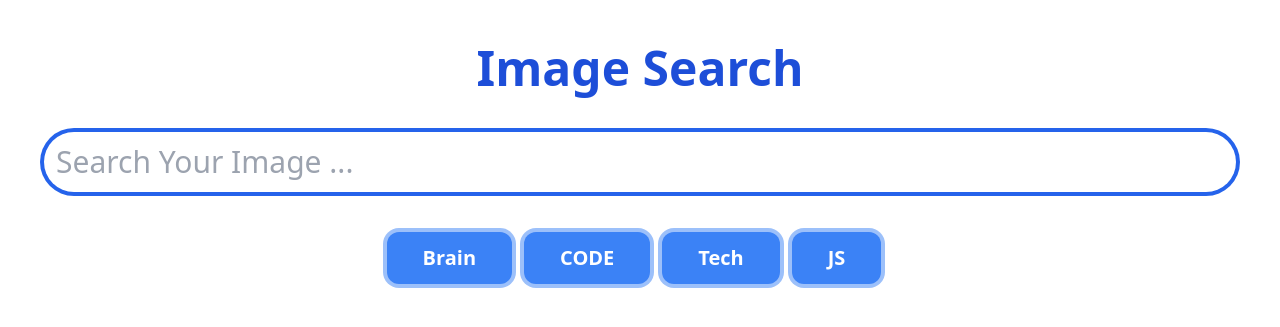
Repository: rkrukshan/react-image-gallery
Page: /
An editor plug-in stored every save of this project. The page is shown before and after a run of saves, followed by the edit.
The browser window is 1280 px wide. The pictures show the whole page.
The project was rebuilt for these pictures with package versions that can differ from the ones it lists, and the page was loaded fresh each time. Also part of the build but not shown: vite.config.js.

Above is the page before, as saved 2025-01-07 13:45:47.

### src/index.css
@tailwind base;
@tailwind components;
@tailwind utilities;

.btn {
  @apply bg-blue-500 text-white px-9 py-3 mr-3 rounded-xl ring-4 font-bold text-xl hover:ring-slate-400;
}

### src/App.jsx
import Gallery from "./assets/components/Gallery";

export default function App() {
  return (
    <div className="container mx-auto p-11">

    <Gallery/>

    </div>
  )
}

### src/assets/components/Gallery.jsx
import { useRef } from "react";

export default function Gallery() {
    const searchInp=useRef(null);

   const formLoad=(event)=>{
    event.preventDefault();
    console.log(searchInp.current.value);

   }

   const btnSearch=(event)=>{
    searchInp.current.value=event
   }

  return (
    <div className="">
      <h1 className="font-bold text-5xl text-blue-700 text-center">
        Image Search
      </h1>
      <div className="mt-10 text-3xl text-center">
        <form action="" onSubmit={formLoad}>
          <input
            type="search"
            placeholder="Search Your Image ..."
            className="w-full rounded-full ring-4 ring-blue-600 p-3"
            ref={searchInp}
          />
        </form>
      </div>
      <div className="flex justify-center mt-10 mx-auto">
        <button className="btn" onClick={()=>btnSearch("Brain")}>Brain</button>
        <button className="btn" onClick={()=>btnSearch("CODE")}>CODE</button>
        <button className="btn" onClick={()=>btnSearch("Tech")}> Tech</button>
        <button className="btn" onClick={()=>btnSearch("JS")}>JS</button>
      </div>
    </div>
  );
}

Loaded but not shown: index.html (common file); src/main.jsx (common file); tailwind.config.js (common file)

After the next 2 saves:
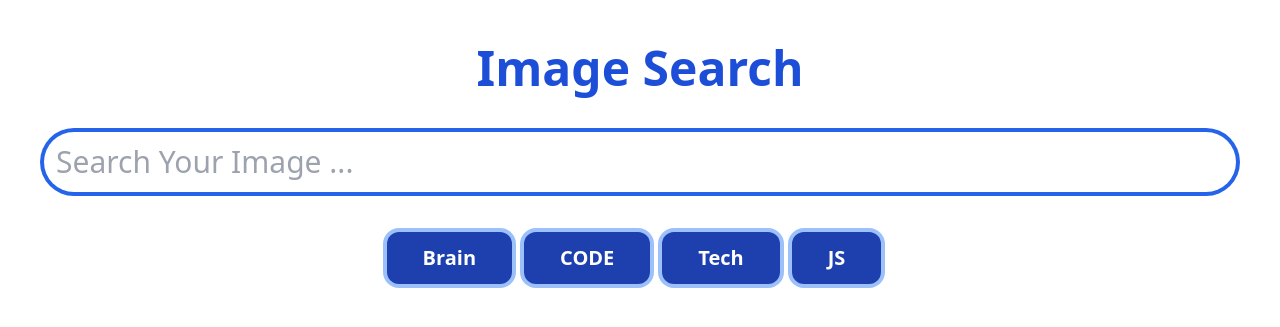
The 2 saves are shown as one change because 1 did not build or start.
The last was saved 61 min 25 s later.
--- a/src/index.css
+++ b/src/index.css
@@ -3,5 +3,5 @@
 @tailwind utilities;
 
 .btn {
-  @apply bg-blue-500 text-white px-9 py-3 mr-3 rounded-xl ring-4 font-bold text-xl hover:ring-slate-400;
+  @apply bg-blue-800 text-white px-9 py-3 mr-3 rounded-xl ring-4 font-bold text-xl hover:ring-slate-400;
 }
